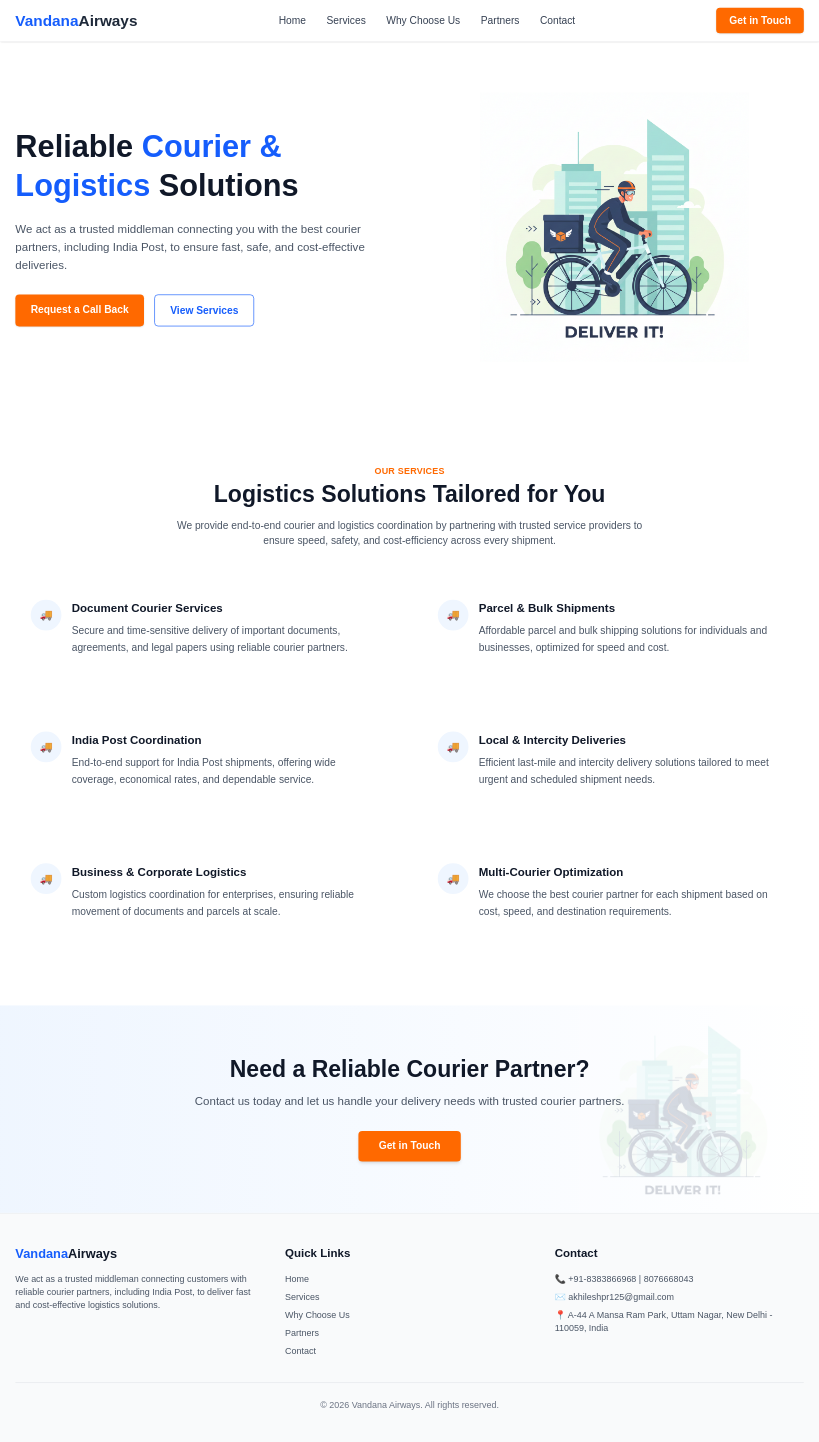
Repository: Rohit-foryou/Courier-Portfolio
Page: /
An editor plug-in stored every save of this project. The page is shown before and after the next save, followed by the edit.
The browser window is 1280 px wide. The pictures show the whole page, at 64% of full size.
The project was rebuilt for these pictures with package versions that can differ from the ones it lists, and the page was loaded fresh each time. The framework's server and built-in components were replaced by stand-ins that run in the browser. Also part of the build but not shown: next.config.ts.

Above is the page before, as saved 2026-02-09 22:37:06.

After the next save:
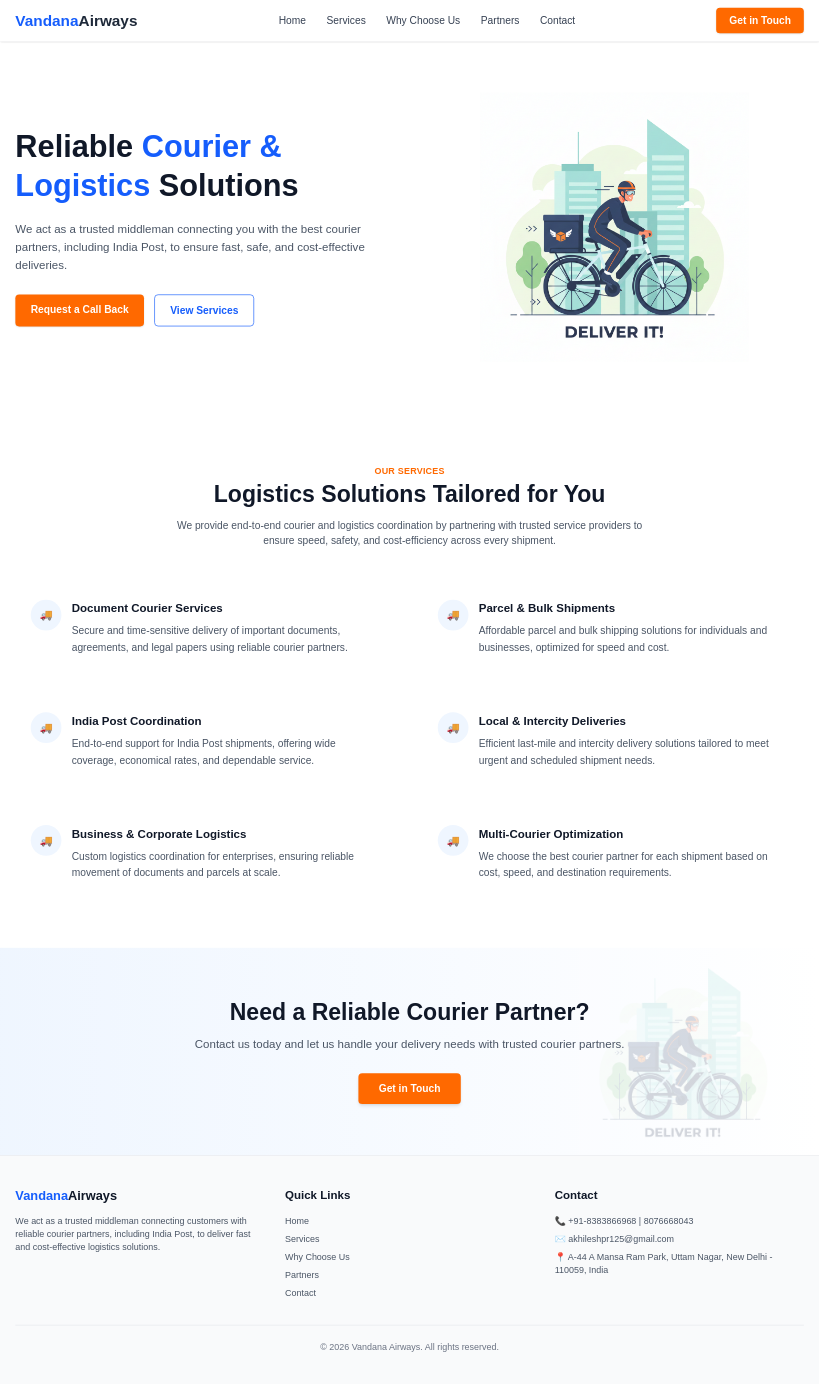
Saved 36 s later.
--- a/components/ServiceCard.tsx
+++ b/components/ServiceCard.tsx
@@ -25,11 +25,6 @@
         <p className="mt-2 text-gray-600 leading-relaxed">
           {description}
         </p>
-
-        {/* Arrow */}
-        <div className="mt-3 text-orange-500 opacity-0 group-hover:opacity-100 transition">
-          <ArrowRight size={18} />
-        </div>
       </div>
     </div>
   );
